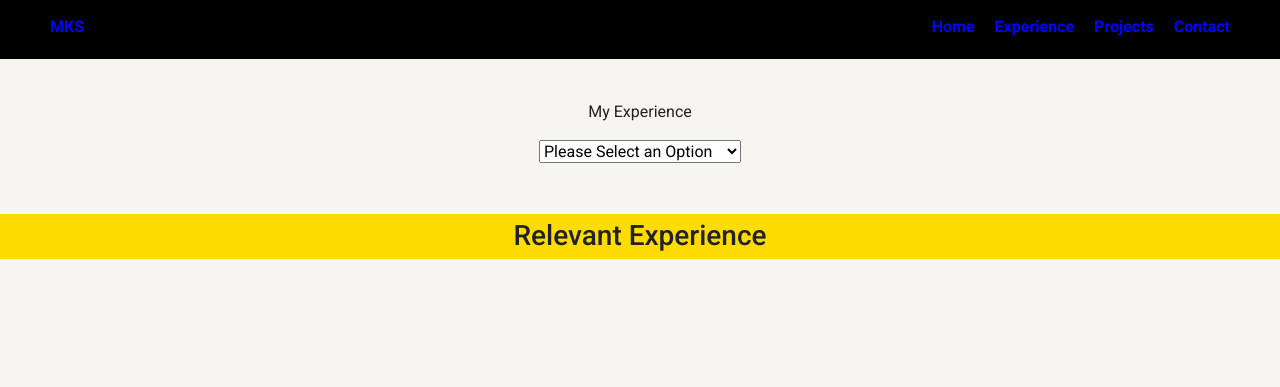
Repository: mskurnickcode/coupleDo
Page: ubuntu/pset8/homepage/experience.html
The author's editor kept a record of every edit. The page is drawn from the files as they stood at one moment, then again after the next edit.
The browser window is 1280 px wide. The pictures show the whole page.
Some web fonts or font styles are not loaded; a fallback is used.

Above is the page before.
Console error: TypeError: Cannot read properties of null (reading 'value')

### ubuntu/pset8/homepage/experience.html
<!DOCTYPE HTML>
<html lan= "en">
    <head>
        <link href="https://stackpath.bootstrapcdn.com/bootstrap/4.5.0/css/bootstrap.min.css" rel="stylesheet">
        <link href="https://fonts.googleapis.com/css?family=Muli%7CRoboto:400,300,500,700,900" rel="stylesheet">
        <link href="styles.css" rel="stylesheet">
        <title>Experience</title>
    </head>
     <div class="main-nav">
        <ul class="nav">
          <li class="name">MKS</li>
          <li><a href="index.html">Home</a></li>
          <li><a href="experience.html">Experience</a></li>
          <li><a href="projects.html">Projects</a></li>
          <li><a href="contact">Contact</a></li>
        </ul>
    </div>
    <div>
        <header class="below-nav">
            <p>
                My Experience
            </p>
        <select>
            <option value="initial" selected>Please Select an Option</option>
            <option value="education">Education Experience</option>
            <option value="ua">UA Experience</option>
            <option value="real estate">Real Estate Experience</option>
            <option value="programming">Programming Experience</option>
        </select>
        <main>
            <div class = "h3 experience" id = "experience">
                <p id="experience"> Relevant Experience </p>
            </div>
        </main>
        </header>
    </div>
    <script>
        let selector = document.querySelector('select')
        var x = document.getElementById("select").value;
        selector.onchange = function() {
            if (x === "education") {
                document.querySelector('#experience').innerHTML = "Education Experience"
            }
        }
    </script>

</html>

### ubuntu/pset8/homepage/styles.css
* {
  box-sizing: border-box;
}

body {
  margin: 0;
  padding: 0;
  text-align: center;
  font-family: 'Roboto', sans-serif;
  color: #222;
  background: #f7f5f0;
}

/* Link Styles */

a {
  text-decoration: none;
}
a:hover {
  color: #6633ff;
}

/* Section Styles */

.main-nav {
  width: 100%;
  background: black;
  min-height: 30px;
  padding: 10px;
  position: fixed;
  text-align: center;
}
.nav {
  display: flex;
  justify-content: space-around;
  font-weight: 700;
  list-style-type: none;
  margin: 0 auto;
  padding: 0;
  color: blue;
}
.nav .name {
  display: none;
  color: blue;
}
.nav li {
  padding: 5px 10px 10px 10px;
  color: blue;
}
.nav a {
  transition: all .5s;
  color: blue;
}
.nav a:hover {
  color: white
}

header {
  text-align: center;
  background-size: cover;
  overflow: hidden;
  padding-top: 60px;
}
header {
  line-height: 1.5;
}
header .profile-image {
  margin-top: 25px;
  margin-bottom: 10px;
  width: 150px;
  height: 150px;
  border-radius: 50%;
  border: 3px solid white;
  transition: all .5s;
}
header .profile-image:hover {
  transform: scale(1.2) rotate(360deg);
}
.tag {
  background-color: blue;
  color: black;
  padding: 25px;
  border-radius: 5px;
  display: table;
  margin: 10px auto;
}

.location {
  background-color: #222;
  color: white;
}
.card {
  margin: 30px;
  padding: 20px 40px 40px;
  max-width: 500px;
  text-align: left;
  background: #fff;
  border-bottom: 4px solid #ccc;
  border-radius: 6px;
}
.card:hover {
  border-color: #ff99ff;
}

ul.skills {
  padding: 0;
  text-align: center;
}

.skills li {
  border-radius: 6px;
  display: inline-block;
  background: #ff9904;
  color: white;
  padding: 5px 10px;
  margin: 2px;
}

.skills li:hover {
  transform: scale(1.25);
}

.skills li:nth-child(odd) {
  background: #0399ff;
}

footer {
  width: 100%;
  min-height: 30px;
  padding: 20px 40px 20px;
}

footer .copyright {
  padding: 20px 40px 20px;
  top: -8px;
  font-size: .75em;
  text-align:center;
  display: inline-block;
}

footer ul {
  margin: 10;
  padding: 25;
  display: inline-block;
}

footer ul li {
  padding: 20px 40px 20px;
  display: inline-block;
}

a.social {
  display: inline-block;
  text-indent: -9999px;
  margin-left: 5px;
  width: 30px;
  height: 30px;
  background-size: 30px 30px;
  opacity: .5;
  transition: all .25s;
}
.twitter {
  background-image: url(images/twitter.svg);
}
.linkedin {
  background-image: url(images/linkedin.svg);
}
.github {
  background-image: url(images/github.svg);
}
a.social:hover {
  opacity: 1;
}
.clearfix {
  clear: both;
}

/* Styles for larger screens */
@media screen and (min-width: 720px) {

  .flex {
      display: flex;
      max-width: 1200px;
      justify-content: space-around;
      margin: 0 auto;
  }

  header {
    min-height: 450px;
  }

  .nav {
    max-width: 1200px;

  }

  .nav .name {
    display: block;
    margin-right: auto;
    color: blue;
  }

  main {
    padding-top: 50px;
  }

  main p {
    line-height: 1.6em;
  }

  footer {
    font-size: 1.3em;
    max-width: 1200px;
    margin: 40px auto;
    text-align:center;
    display: inline;
  }

}

h3 {
color: red;
  letter-spacing: 5px;


}

.card-title {
text-align: center;
  border: solid black 3px;
  border-radius: 10px;
}

.submit {
  padding-top: 100px;
  max-width: 500px;
  display: inline;
  text-align: center;
  border-radius: 6px;
}

buttons {
  margin-top:100px;
  padding-top: 100px;
  text-align: center;
  border-radius: 6px;
}

.below-nav {
  text-align: center;
  padding-top: 100px ;
}

.experience {
   background-color: #FFDC00;
  margin-top: 25px;
  margin-bottom: 10px;
  margin: 0 auto;
}

After the next edit:
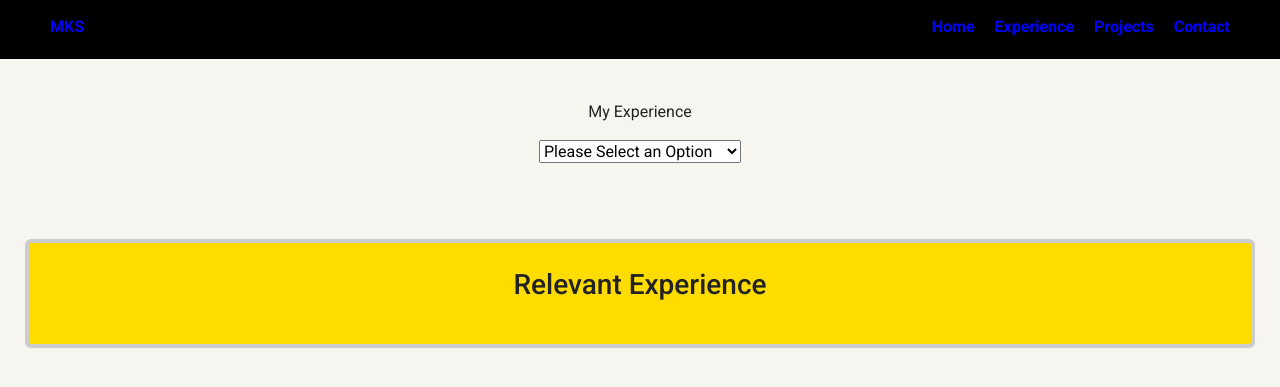
The edit:
--- a/ubuntu/pset8/homepage/styles.css
+++ b/ubuntu/pset8/homepage/styles.css
@@ -253,7 +253,8 @@
 
 .experience {
    background-color: #FFDC00;
-  margin-top: 25px;
-  margin-bottom: 10px;
-  margin: 0 auto;
-}
+  margin: 25px;
+  padding: 20px 40px 20px;
+  border: 4px solid #ccc;
+  border-radius: 6px;
+}
